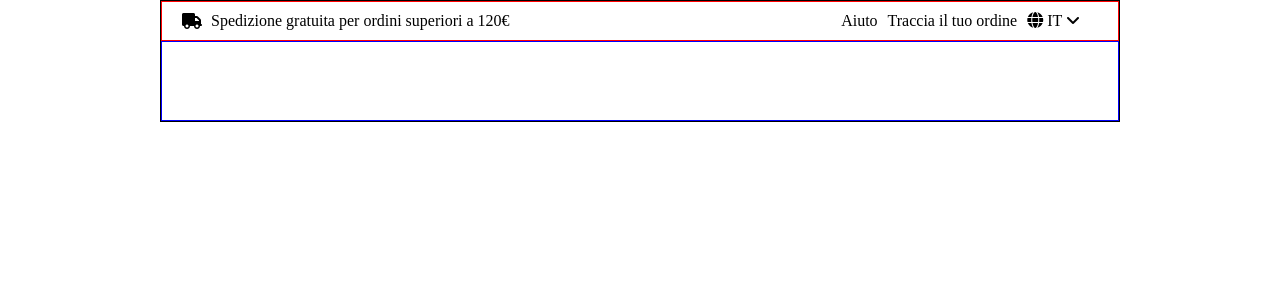
Repository: jacoporm1989/studioFlexbox
Page: FLEXBOX/Header+Navbar1/index.html
The author's editor kept a copy of each file at every save. The page is drawn from the files as they stood at one save, then again after the next save.
The browser window is 1280 px wide. The pictures show the whole page.

Above is the page before, as saved 2026-06-10 12:01:38.

After the next save:
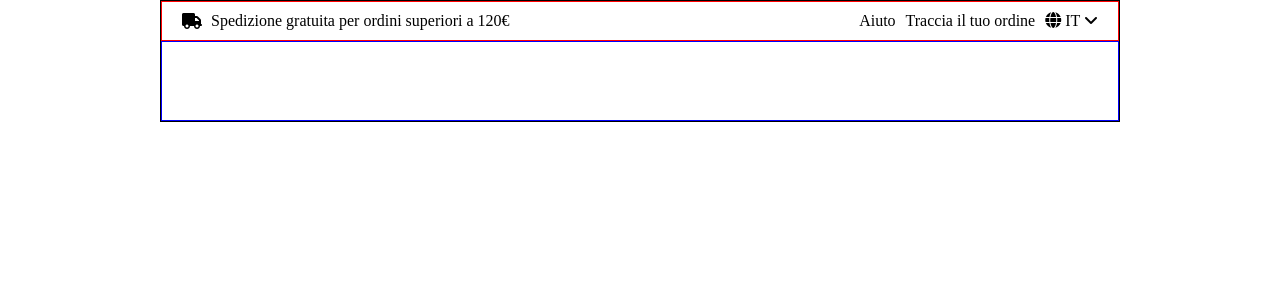
Saved 20 s later.
--- a/FLEXBOX/Header+Navbar1/index.css
+++ b/FLEXBOX/Header+Navbar1/index.css
@@ -62,18 +62,18 @@ a:hover {
 }
 
 .fa-angle-up{
-     visibility: hidden;
+    display:none;
 }
 
 
 
 .lingue:hover .fa-angle-down{
 
-    display:none;
+    display:flex;
 }
 
 .lingue:hover .fa-angle-up{
-    visibility: visible;
+    display:inline;
 }
 
 
